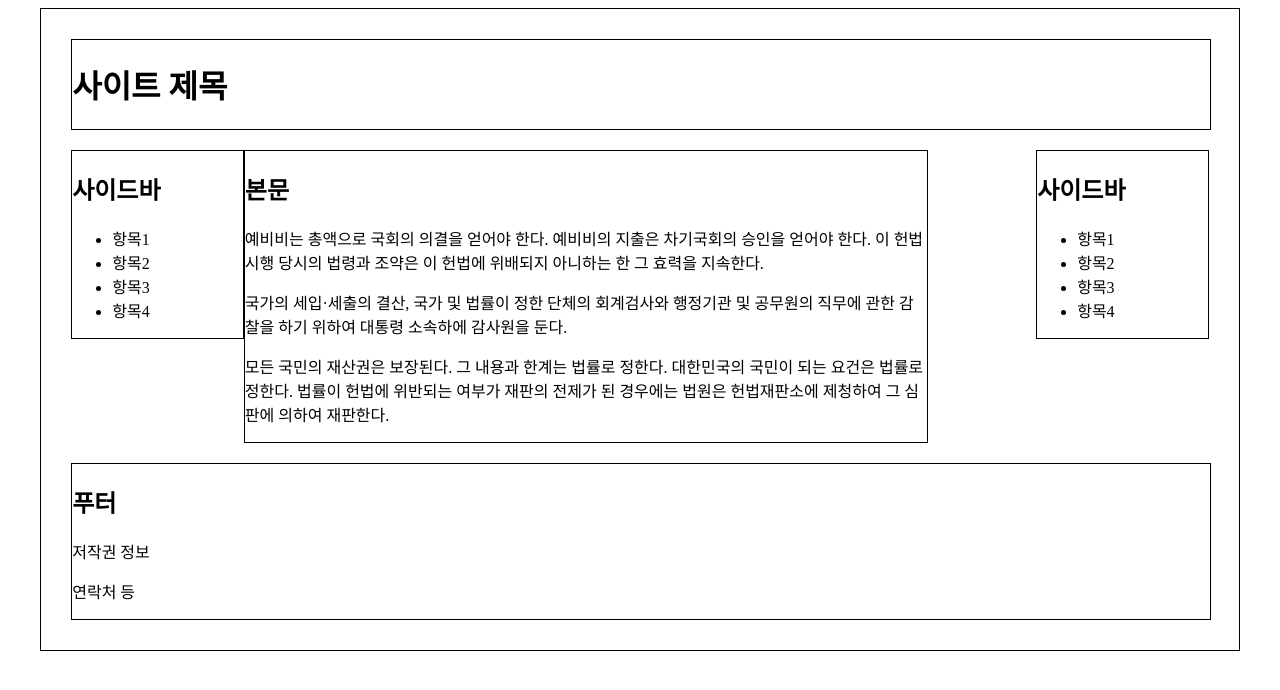
Repository: RyuJelly/java_web
Page: CSS/WebContent/3-layout.html
These files come from the project's save history. The page is drawn as it stood at one moment and after the next save; the edit follows.
The browser window is 1280 px wide. The pictures show the whole page.

Above is the page before, as saved 2021-03-08 07:41:56.

### CSS/WebContent/3-layout.html
<!doctype html>
<html lang="ko">
	<head>
		<title>CSS 레이아웃 - 2단 레이아웃</title>
		<meta charset="utf-8">
		<style>
			#container{
				width: 90%;
				height: 70%;
				border: 1px solid;
				margin: 0px auto;
				padding: 30px;
			}

			#header{
				width: 100%;
				height: 25%;
				border: 1px solid;
				margin-bottom: 20px;
			}

			#left-sidebar{
				width: 15%;
				height: 30%;
				border: 1px solid;
				float: left;
				margin: auto;
			}

			#contents{
				width: 60%;
				height: 50%;
				border: 1px solid;
				float: left;
				margin-right: 20px;
				margin-bottom: 20px;
			}

			#right-sidebar{
				width: 15%;
				height: 30%;
				border: 1px solid;
				float: right;
				margin: 0px;
			}


			#footer{
				width: 100%;
				height: 25%;
				border: 1px solid;
				margin-top 20px;
				clear: both;
			}

		</style>
	</head>
	<body>
		<div id="container">
			<div id="header">
				<h1>사이트 제목</h1>
			</div>
			<div id="left-sidebar">
				<h2>사이드바</h2>
				<ul>
					<li>항목1</li>
					<li>항목2</li>
					<li>항목3</li>
					<li>항목4</li>
				</ul>
			</div>
			<div id="contents">
				<h2>본문</h2>
				<p>예비비는 총액으로 국회의 의결을 얻어야 한다. 예비비의 지출은 차기국회의 승인을 얻어야 한다. 이 헌법시행 당시의 법령과 조약은 이 헌법에 위배되지 아니하는 한 그 효력을 지속한다.</p>

				<p>국가의 세입·세출의 결산, 국가 및 법률이 정한 단체의 회계검사와 행정기관 및 공무원의 직무에 관한 감찰을 하기 위하여 대통령 소속하에 감사원을 둔다.</p>

				<p>모든 국민의 재산권은 보장된다. 그 내용과 한계는 법률로 정한다. 대한민국의 국민이 되는 요건은 법률로 정한다. 법률이 헌법에 위반되는 여부가 재판의 전제가 된 경우에는 법원은 헌법재판소에 제청하여 그 심판에 의하여 재판한다.</p>
			</div>
			<div id="right-sidebar">
				<h2>사이드바</h2>
				<ul>
					<li>항목1</li>
					<li>항목2</li>
					<li>항목3</li>
					<li>항목4</li>
				</ul>
			</div>
			<div id="footer">
				<h2>푸터</h2>
				<p> 저작권 정보 </p>
				<p> 연락처 등 </p>
			</div>
		</div>
	</body>
</html>

After the next save:
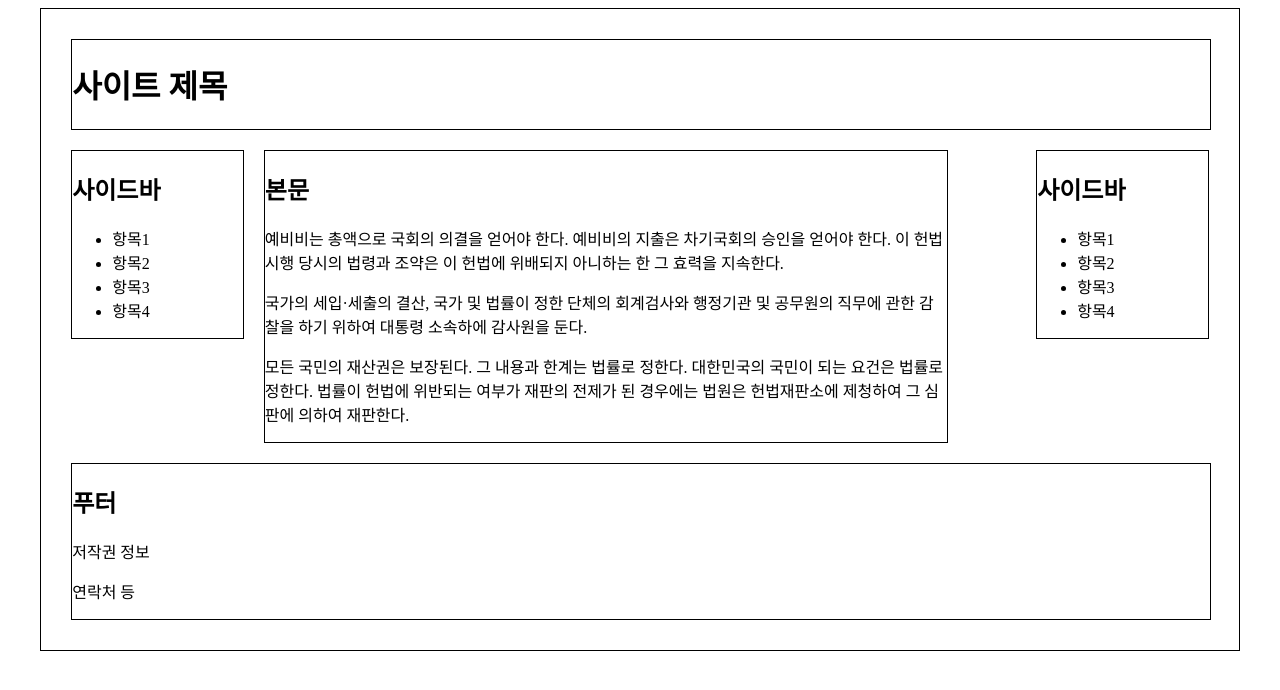
Saved 12 s later.
--- a/CSS/WebContent/3-layout.html
+++ b/CSS/WebContent/3-layout.html
@@ -32,7 +32,7 @@
 				height: 50%;
 				border: 1px solid;
 				float: left;
-				margin-right: 20px;
+				margin-left: 20px;
 				margin-bottom: 20px;
 			}
 
